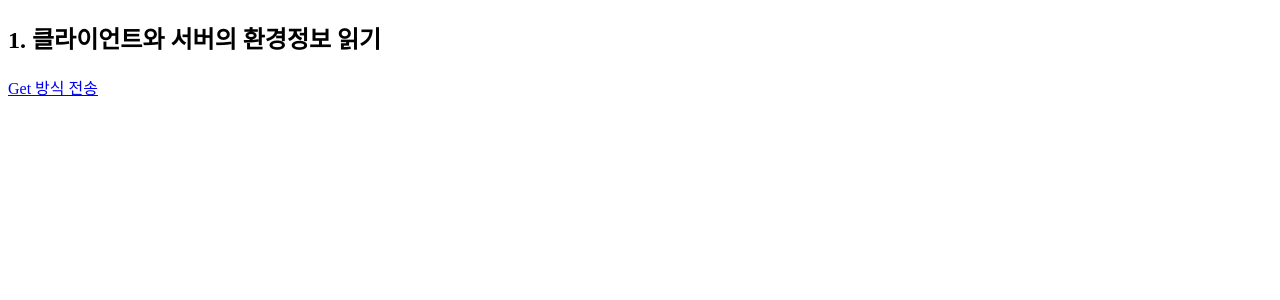
Repository: bhj305/JSP_Servlet
Page: http://localhost/MustHaveJSP/02ImplicitObject/RequestMain.jsp
An editor plug-in stored every save of this project. The page is shown before and after the next save, followed by the edit.
The browser window is 1280 px wide. The pictures show the whole page.
The page is served by Tomcat 10. Other server files are loaded and not shown.

Above is the page before, as saved 2025-05-02 05:45:22.

### MustHaveJSP/src/main/webapp/02ImplicitObject/RequestMain.jsp
<%@ page language="java" contentType="text/html; charset=UTF-8"
    pageEncoding="UTF-8"%>
<!DOCTYPE html>
<html>
	<head>
	<meta charset="UTF-8">
	<title>내장 객체 - request</title>
	</head>
	<body>
		<h2>1. 클라이언트와 서버의 환경정보 읽기</h2>
		<a href='./RequestWebInfo.jsp?eng=Hello&han=안녕'>
		Get 방식 전송
		</a>
		<br/>
		<form action="./RequestWebInfo.jsp"></form>
	</body>
</html>

After the next save:
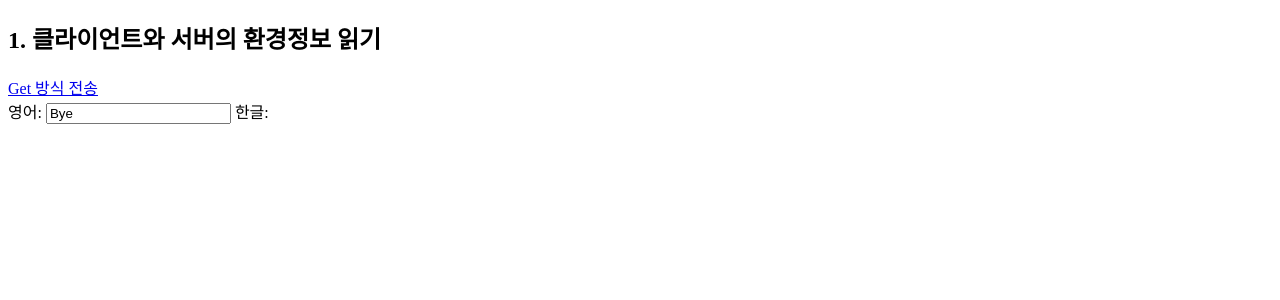
Saved 93 s later.
--- a/MustHaveJSP/src/main/webapp/02ImplicitObject/RequestMain.jsp
+++ b/MustHaveJSP/src/main/webapp/02ImplicitObject/RequestMain.jsp
@@ -12,6 +12,9 @@
 		Get 방식 전송
 		</a>
 		<br/>
-		<form action="./RequestWebInfo.jsp"></form>
+		<form action="./RequestWebInfo.jsp" method="post" accept-charset="UTF-8">
+			영어: <input type="text" name="eng" value="Bye" />
+			한글:
+		</form>
 	</body>
 </html>
